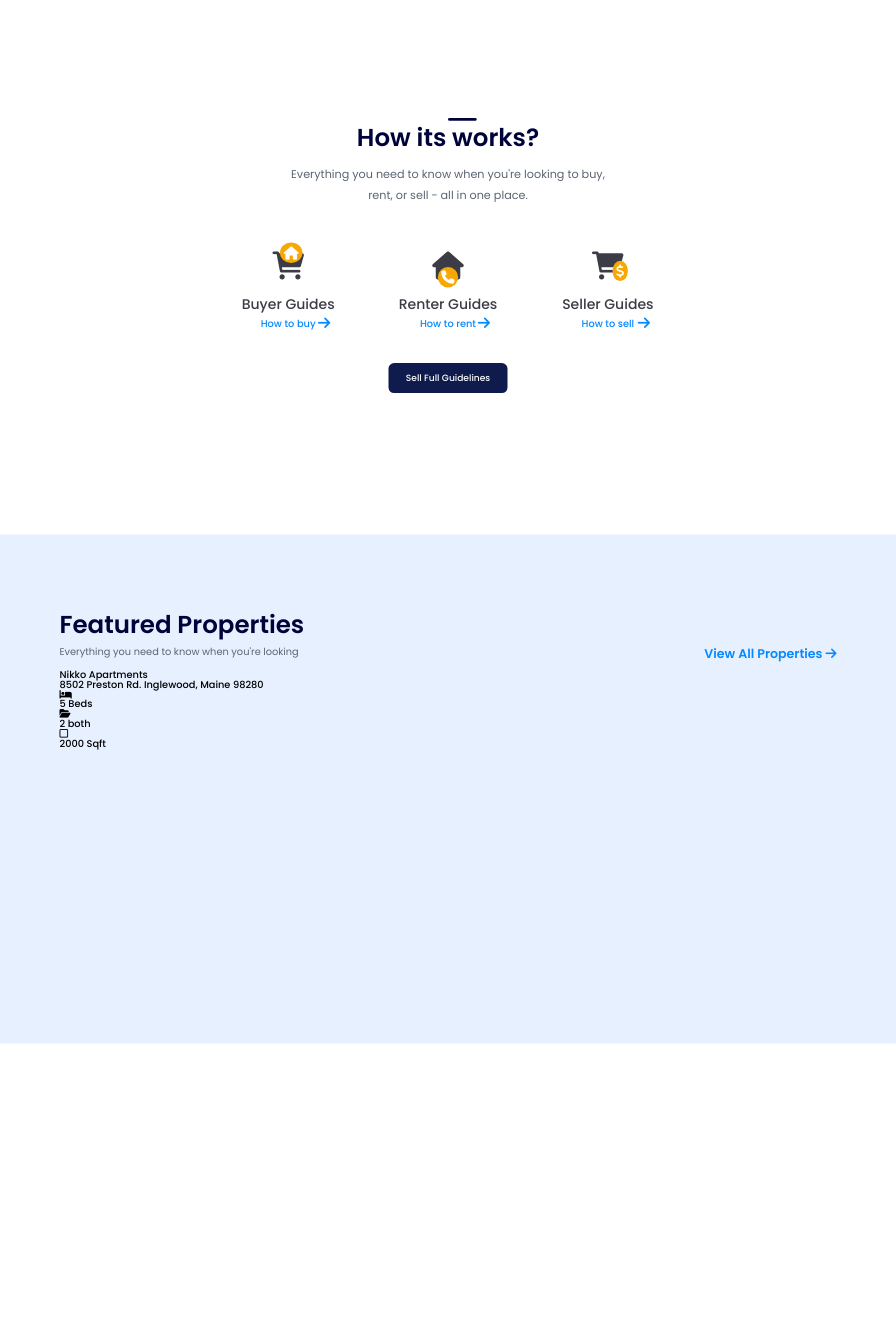
Repository: kauittt/f8-htmlcss-01
Page: index.html
These files come from the project's save history. The page is drawn as it stood at one moment and after the next save; the edit follows.
The browser window is 1280 px wide. The pictures show the part of the page from y = 991 to 2911 px (the page is 2911 px tall), at 70% of full size.

Above is the page before, as saved 2023-01-01 10:36:53.

### index.html
<!DOCTYPE html>
<html lang="en">
    <head>
        <meta charset="UTF-8" />
        <meta http-equiv="X-UA-Compatible" content="IE=edge" />
        <meta name="viewport" content="width=device-width, initial-scale=1.0" />
        <title>F8-PROJECT-01</title>
        <link rel="preconnect" href="https://cdnjs.cloudflare.com" />
        <link
            rel="stylesheet"
            href="https://cdnjs.cloudflare.com/ajax/libs/font-awesome/6.2.1/css/all.min.css"
        />
        <link rel="stylesheet" href="./assets/css/reset.css" />
        <link rel="stylesheet" href="./assets/fonts/stylesheet.css" />
        <link rel="stylesheet" href="./assets/css/styles.css" />
    </head>
    <body>
        <header id="header" class="colored">
            <div class="content">
                <div class="header-nav">
                    <p class="logo">Bensnik.</p>
                    <ul class="header-nav-list">
                        <li class="header-nav-list__item">Home</li>
                        <li class="header-nav-list__item">Features</li>
                        <li class="header-nav-list__item">Services</li>
                        <li class="header-nav-list__item">Resources</li>
                        <li class="header-nav-list__item">Contact</li>
                    </ul>

                    <div class="header-nav-account">
                        <p class="header-nav-account__general">Sign in</p>
                        <p class="header-nav-account__general btn">Sign up</p>
                    </div>
                </div>

                <div class="header-about">
                    <p class="header-about__welcome">
                        Welcome to Bensnik Agency
                    </p>
                    <h1 class="header-about__heading">
                        Discover a place you'll love to live
                    </h1>
                    <p class="header-about__desc">
                        Get the best real estate deals first, before they hit
                        the mass market! hot foreclosure deals with one simple
                        search
                    </p>
                    <p class="header-about__link btn">More About Us</p>
                </div>
            </div>
        </header>

        <div id="client">
            <div class="content">
                <div class="client-infor">
                    <p class="logo">Bensnik.</p>
                    <div class="client-infor-wrap">
                        <i class="fa-solid fa-star client-infor-wrap__item"></i>
                        <i class="fa-solid fa-star client-infor-wrap__item"></i>
                        <i class="fa-solid fa-star client-infor-wrap__item"></i>
                        <i class="fa-solid fa-star client-infor-wrap__item"></i>
                        <i class="fa-solid fa-star client-infor-wrap__item"></i>
                    </div>
                </div>
                <div class="client-infor">
                    <p class="client-infor__text">
                        More than 45,000+ companies trust besnik
                    </p>
                    <p class="client-infor__text">
                        5 Star Ratings (2k+ Review)
                    </p>
                </div>

                <div class="client-logo">
                    <img src="" alt="" />
                </div>
            </div>
        </div>

        <div id="desc">
            <div class="small-content desc-wrap">
                <div class="desc-heading">
                    <h2 class="desc-heading__title">How its works?</h2>
                    <p class="desc-heading__text">
                        Everything you need to know when you're looking to buy,
                        rent, or sell - all in one place.
                    </p>
                </div>

                <div class="desc-guide">
                    <div class="desc-guide-item">
                        <i
                            class="desc-guide-item__icon fa-solid fa-cart-shopping"
                        >
                        </i>
                        <i
                            class="desc-guide-item__childIcon desc-guide-item__childIcon--topCenter fa-solid fa-house"
                        ></i>
                        <p class="desc-guide-item__name">Buyer Guides</p>
                        <p class="desc-guide-item__instruc">
                            How to buy
                            <i
                                class="desc-guide-item__instruc__icon fa-solid fa-arrow-right"
                            ></i>
                        </p>
                    </div>
                    <div class="desc-guide-item">
                        <i
                            class="desc-guide-item__icon fa-solid fa-house"
                        ></i>
                        <i class="desc-guide-item__childIcon desc-guide-item__childIcon--bottomCenter fa-solid fa-phone"></i>
                        </i>
                        <p class="desc-guide-item__name">Renter Guides</p>
                        <p class="desc-guide-item__instruc">
                            How to rent
                            <i
                                class="desc-guide-item__instruc__icon fa-solid fa-arrow-right"
                            ></i>
                        </p>
                    </div>
                    <div class="desc-guide-item">
                        <i
                            class="desc-guide-item__icon fa-solid fa-cart-shopping"
                        >
                        </i>
                        <i class="desc-guide-item__childIcon item__childIcon--bottomRight fa-solid fa-dollar-sign"></i>

                        <p class="desc-guide-item__name">Seller Guides</p>
                        <p class="desc-guide-item__instruc">
                            How to sell
                            <i
                                class="desc-guide-item__instruc__icon fa-solid fa-arrow-right"
                            ></i>
                        </p>
                    </div>
                </div>

                <p class="desc__link btn">Sell Full Guidelines</p>
            </div>
        </div>

        <div id="feature" class="colored">
            <div class="content feature-content">
                <h2 class="feature__heading">Featured Properties</h2>

                <div class="feature-more">
                    <p class="feature-more__desc">
                        Everything you need to know when you're looking
                    </p>

                    <a href="#!" class="feature-more__link">View All Properties <i
                        class="fa-solid fa-arrow-right"
                    ></i></a>

                </div>

                <div class="feature-wrap">
                    <div class="feature-wrap-item">
                        <img src="" alt="" class="feature-wrap-item__img">
                        <p class="feature-wrap-item__title">Nikko Apartments</p>
                        <p class="feature-wrap-item__text">8502 Preston Rd. Inglewood, Maine 98280</p>
                        <div class="feature-wrap-item-desc">
                            <i class="feature-wrap-item-desc__icon fa-solid fa-bed"></i>
                            <p class="feature-wrap-item-desc__text">5 Beds</p>

                            <i class="feature-wrap-item-desc__icon fa-solid fa-folder-open"></i>
                            <p class="feature-wrap-item-desc__text">2 both</p>

                            <i class="feature-wrap-item-desc__icon fa-regular fa-square"></i>
                            <p class="feature-wrap-item-desc__text">2000 Sqft</p>
                        </div>
                    </div>
                </div>
            </div>


        </div>

        <div id="news">
            <div class="content"></div>
        </div>

        <footer id="footer">
            <div class="content">
                <div class="nav"></div>
            </div>
        </footer>

        <script src="./assets/js/basic.js"></script>
    </body>
</html>

### assets/css/reset.css
html,
body,
div,
span,
applet,
object,
iframe,
h1,
h2,
h3,
h4,
h5,
h6,
p,
blockquote,
pre,
a,
abbr,
acronym,
address,
big,
cite,
code,
del,
dfn,
em,
img,
ins,
kbd,
q,
s,
samp,
small,
strike,
strong,
sub,
sup,
tt,
var,
b,
u,
i,
center,
dl,
dt,
dd,
ol,
ul,
li,
fieldset,
form,
label,
legend,
table,
caption,
tbody,
tfoot,
thead,
tr,
th,
td,
article,
aside,
canvas,
details,
embed,
figure,
figcaption,
footer,
header,
hgroup,
menu,
nav,
output,
ruby,
section,
summary,
time,
mark,
audio,
video {
    margin: 0;
    padding: 0;
    border: 0;
    font-size: 100%;
    font: inherit;
    vertical-align: baseline;
}
article,
aside,
details,
figcaption,
figure,
footer,
header,
hgroup,
menu,
nav,
section {
    display: block;
}
body {
    line-height: 1;
}
ol,
ul {
    list-style: none;
}
blockquote,
q {
    quotes: none;
}
blockquote:before,
blockquote:after,
q:before,
q:after {
    content: "";
    content: none;
}
table {
    border-collapse: collapse;
    border-spacing: 0;
}

### assets/fonts/stylesheet.css
@font-face {
    font-family: "Poppins";
    src: url("Poppins/Poppins-Bold.woff2") format("woff2"),
        url("Poppins/Poppins-Bold.woff") format("woff");
    font-weight: bold;
    font-style: normal;
    font-display: swap;
}

@font-face {
    font-family: "Poppins";
    src: url("Poppins/Poppins-Black.woff2") format("woff2"),
        url("Poppins/Poppins-Black.woff") format("woff");
    font-weight: 900;
    font-style: normal;
    font-display: swap;
}

@font-face {
    font-family: "Poppins";
    src: url("Poppins/Poppins-BlackItalic.woff2") format("woff2"),
        url("Poppins/Poppins-BlackItalic.woff") format("woff");
    font-weight: 900;
    font-style: italic;
    font-display: swap;
}

@font-face {
    font-family: "Poppins";
    src: url("Poppins/Poppins-BoldItalic.woff2") format("woff2"),
        url("Poppins/Poppins-BoldItalic.woff") format("woff");
    font-weight: bold;
    font-style: italic;
    font-display: swap;
}

@font-face {
    font-family: "Poppins";
    src: url("Poppins/Poppins-ExtraBold.woff2") format("woff2"),
        url("Poppins/Poppins-ExtraBold.woff") format("woff");
    font-weight: bold;
    font-style: normal;
    font-display: swap;
}

@font-face {
    font-family: "Poppins";
    src: url("Poppins/Poppins-ExtraBoldItalic.woff2") format("woff2"),
        url("Poppins/Poppins-ExtraBoldItalic.woff") format("woff");
    font-weight: bold;
    font-style: italic;
    font-display: swap;
}

@font-face {
    font-family: "Poppins";
    src: url("Poppins/Poppins-ExtraLight.woff2") format("woff2"),
        url("Poppins/Poppins-ExtraLight.woff") format("woff");
    font-weight: 200;
    font-style: normal;
    font-display: swap;
}

@font-face {
    font-family: "Poppins";
    src: url("Poppins/Poppins-ExtraLightItalic.woff2") format("woff2"),
        url("Poppins/Poppins-ExtraLightItalic.woff") format("woff");
    font-weight: 200;
    font-style: italic;
    font-display: swap;
}

@font-face {
    font-family: "Poppins";
    src: url("Poppins/Poppins-Italic.woff2") format("woff2"),
        url("Poppins/Poppins-Italic.woff") format("woff");
    font-weight: normal;
    font-style: italic;
    font-display: swap;
}

@font-face {
    font-family: "Poppins";
    src: url("Poppins/Poppins-Light.woff2") format("woff2"),
        url("Poppins/Poppins-Light.woff") format("woff");
    font-weight: 300;
    font-style: normal;
    font-display: swap;
}

@font-face {
    font-family: "Poppins";
    src: url("Poppins/Poppins-LightItalic.woff2") format("woff2"),
        url("Poppins/Poppins-LightItalic.woff") format("woff");
    font-weight: 300;
    font-style: italic;
    font-display: swap;
}

@font-face {
    font-family: "Poppins";
    src: url("Poppins/Poppins-Medium.woff2") format("woff2"),
        url("Poppins/Poppins-Medium.woff") format("woff");
    font-weight: 500;
    font-style: normal;
    font-display: swap;
}

@font-face {
    font-family: "Poppins";
    src: url("Poppins/Poppins-MediumItalic.woff2") format("woff2"),
        url("Poppins/Poppins-MediumItalic.woff") format("woff");
    font-weight: 500;
    font-style: italic;
    font-display: swap;
}

@font-face {
    font-family: "Poppins";
    src: url("Poppins/Poppins-Regular.woff2") format("woff2"),
        url("Poppins/Poppins-Regular.woff") format("woff");
    font-weight: normal;
    font-style: normal;
    font-display: swap;
}

@font-face {
    font-family: "Poppins";
    src: url("Poppins/Poppins-SemiBold.woff2") format("woff2"),
        url("Poppins/Poppins-SemiBold.woff") format("woff");
    font-weight: 600;
    font-style: normal;
    font-display: swap;
}

@font-face {
    font-family: "Poppins";
    src: url("Poppins/Poppins-SemiBoldItalic.woff2") format("woff2"),
        url("Poppins/Poppins-SemiBoldItalic.woff") format("woff");
    font-weight: 600;
    font-style: italic;
    font-display: swap;
}

@font-face {
    font-family: "Poppins";
    src: url("Poppins/Poppins-Thin.woff2") format("woff2"),
        url("Poppins/Poppins-Thin.woff") format("woff");
    font-weight: 100;
    font-style: normal;
    font-display: swap;
}

@font-face {
    font-family: "Poppins";
    src: url("Poppins/Poppins-ThinItalic.woff2") format("woff2"),
        url("Poppins/Poppins-ThinItalic.woff") format("woff");
    font-weight: 100;
    font-style: italic;
    font-display: swap;
}

### assets/css/styles.css
/*! COMMON */
* {
    box-sizing: border-box;
}

html {
    font-size: 62.5%;
}

body {
    font-family: "Poppins", sans-serif;
    font-size: 1.4rem;
    font-weight: 500;
    display: flex;
    flex-direction: column;
}

:root {
    --main-color: #e6f0ff;
}

.colored {
    background-color: var(--main-color);
}

.content {
    max-width: 111rem;
    margin: 0 auto;
}

.small-content {
    max-width: 68.5rem;
    margin: 0 auto;
}

.logo {
    color: #000228;
    font-weight: 600;
    font-size: 3rem;
}

/*! HEADER */
#header {
    height: 73.6rem;
}

.header-nav {
    display: flex;
    margin-top: 38px;
    height: 4rem;
    justify-content: space-between;
    align-items: center;
}

.header-nav-list {
    display: flex;
    margin-left: -206px;
}

.header-nav-list__item {
    color: #4f5361;
}

.header-nav-list__item + .header-nav-list__item {
    margin-left: 28px;
}

.header-nav-account {
    display: flex;
}

.header-nav-account__general {
    padding: 10px 20px;
    color: #0f1b4c;
}

/*! BUTTONN */
.btn {
    display: inline-block;
    border-radius: 8px;
    color: #fff;
    background-color: #0f1b4c;
    align-items: center;
}
/*!  */

.header-about {
    margin-top: 138px;
    max-width: 55.9rem;
}

.header-about__welcome {
    font-size: 1.8rem;
    color: #687690;
}

.header-about__heading {
    font-size: 6.4rem;
    font-weight: 700;
    line-height: 7.6rem;
    margin: 8px 0 30px 0;
    color: #000336;
}

.header-about__desc {
    font-size: 1.8rem;
    line-height: 3.2rem;
    font-weight: 400;
    color: #5a6473;
}

.header-about__link {
    font-size: 1.3rem;
    padding: 15px 38px;
    margin-top: 40px;
}

/*! LOGO */
#client {
    height: 31.2rem;
    margin-top: 122px;
}

.client-infor {
    display: flex;
    justify-content: space-between;
    align-items: center;
}

.client-infor + .client-infor {
    margin-top: 15px;
}

.client-infor-wrap__item {
    display: inline-block;
    width: 2.03rem;
    height: 1.885rem;
    color: #ffca56;
    line-height: 3rem;
}

.client-infor__text {
    font-size: 1.6rem;
    color: #7d8589;
}

.client-logo {
}

/*! DESCRIPTION */
#desc {
    height: 58.5rem;
}

.desc-wrap {
    text-align: center;
}

.desc-heading {
    max-width: 45rem;
    margin: 0 auto;
    display: flex;
    flex-direction: column;
}

.desc-heading__title {
    font-size: 3.5rem;
    font-weight: 600;
    color: #000339;
    position: relative;
}

.desc-heading__title::before {
    content: "";
    display: block;
    position: absolute;

    width: 4.1rem;
    height: 0.4rem;
    background-color: #000339;

    left: 50%;
    top: -1rem;
    transform: t ranslateX(-50%);
    border-radius: 8px;
}

.desc-heading__text {
    font-size: 1.6rem;
    font-weight: 400;
    line-height: 3rem;
    margin-top: 2rem;
    color: #5a6473;
}

.desc-guide {
    display: flex;
    margin-top: 65px;
    margin-bottom: 50px;
}

.desc-guide-item {
    width: calc(100% / 3);
    position: relative;
}

.desc-guide-item__icon {
    color: #3b3c45;
    font-size: 4rem;
}

.desc-guide-item__childIcon {
    position: absolute;
    font-size: 1.9rem;
}

.desc-guide-item__childIcon--topCenter {
    left: 45%;
    top: -1.2rem;
    padding: 0.5rem;
    color: white;
    background: #f7a804;
    border-radius: 50%;
}
.desc-guide-item__childIcon--bottomCenter {
    left: 50%;
    transform: translateX(-50%);
    bottom: 5.8rem;
    padding: 0.5rem;
    color: white;
    background: #f7a804;
    border-radius: 50%;
}
.item__childIcon--bottomRight {
    left: 53%;
    bottom: 67px;
    background: #f7a804;
    color: white;
    padding: 0.5rem;
    border-radius: 50%;
}

.desc-guide-item__name {
    font-size: 2rem;
    color: #3b3c45;
    margin-top: 26px;
    margin-bottom: 10px;
}

.desc-guide-item__instruc {
    font-size: 1.4rem;
    color: #0689ff;
    position: relative;
}

.desc-guide-item__instruc__icon {
    position: absolute;
    font-size: 2rem;
    top: 50%;
    transform: translateY(-50%);
    right: 5.4rem;
}

.desc__link {
    padding: 15px 25px;
    font-size: 1.3rem;
}

/*! FEATURE */
#feature {
    height: 72.7rem;
}

.feature-content {
    margin-top: 110px;
}

.feature__heading {
    font-size: 3.5rem;
    font-weight: 600;
    color: #000339;
}

.feature-more {
    display: flex;
    justify-content: space-between;
    margin-top: 15px;
}

.feature-more__desc {
    color: #5a6473;
    font-weight: 400;
    font-size: 1.4rem;
}

.feature-more__link {
    color: #0689ff;
    font-weight: 600;
    font-size: 1.8rem;
    text-decoration: none;
}

.feature-wrap {
}

.feature-wrap-item {
}

.feature-wrap-item__img {
}

.feature-wrap-item__title {
}

.feature-wrap-item__text {
}

.feature-wrap-item-desc {
}

.feature-wrap-item-desc__icon {
}

.feature-wrap-item-desc__text {
}

/*! NEWS */
#new {
    height: 40.9rem;
}

/*! FOOTER */
#footer {
    height: 42.9rem;
}

Loaded but not shown: assets/js/basic.js (no copy from this time; the picture is the same without it)

After the next save:
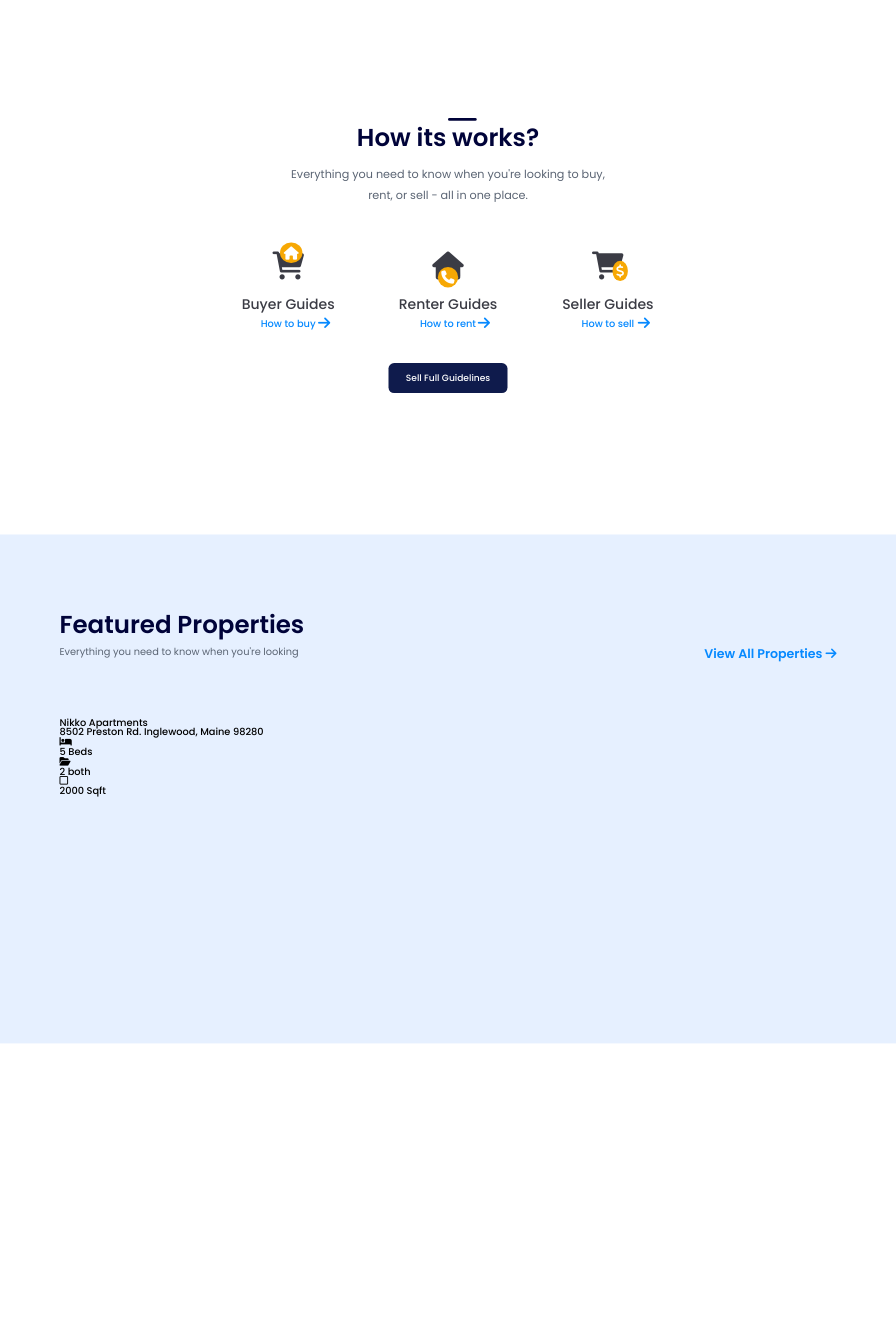
Saved 39 s later.
--- a/assets/css/styles.css
+++ b/assets/css/styles.css
@@ -301,6 +301,7 @@ body {
 }
 
 .feature-wrap {
+    margin-top: 68px;
 }
 
 .feature-wrap-item {
